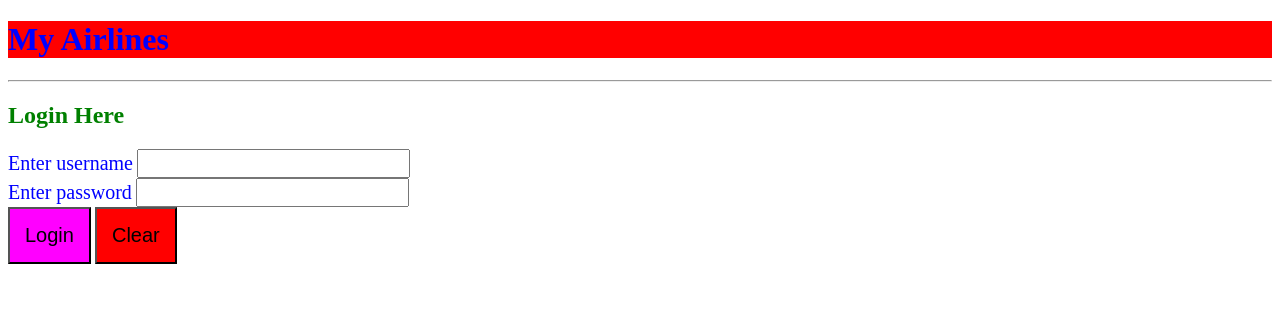
Repository: vishhaldawane/DS_WEB23
Page: MyWebProject/public/ForgotPassword.html
These files come from the project's save history. The page is drawn as it stood at one moment and after the next save; the edit follows.
The browser window is 1280 px wide. The pictures show the whole page.

Above is the page before, as saved 2023-07-31 08:52:58.

After the next save:
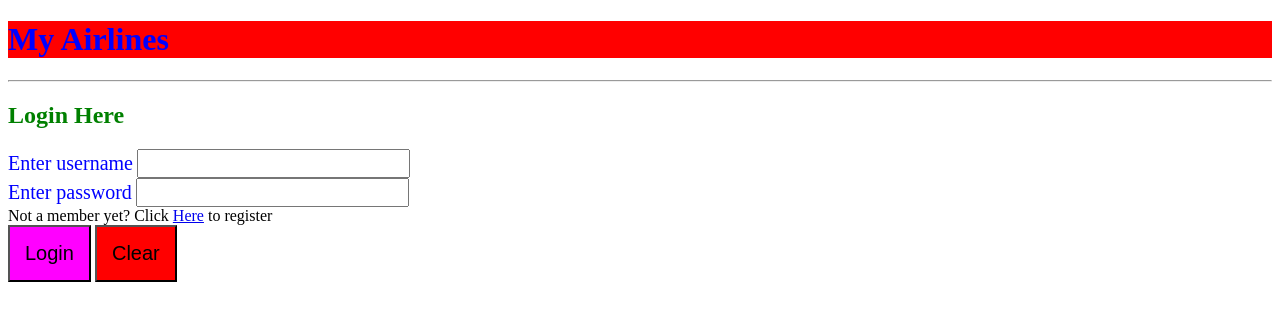
Saved 65 s later.
--- a/MyWebProject/public/ForgotPassword.html
+++ b/MyWebProject/public/ForgotPassword.html
@@ -17,6 +17,8 @@
 			<label>Enter username</label> <input  type=text     name="uname"><br>
 			<label>Enter password</label> <input  type=password name="upass"><br>
 
+			Not a member yet? Click <a href="Register.html">Here</a> to register	<br>
+
 			<button type="submit">Login</button>
 			<button style="background-color: red">Clear</button>
 		</form>
